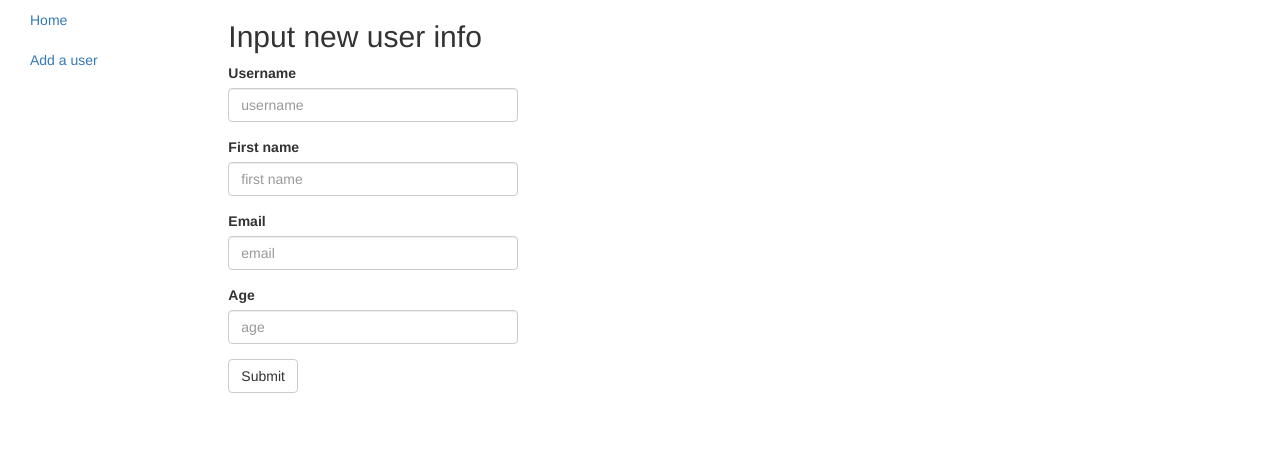
Repository: johnsuchocki/week5proj
Page: menuDB/src/main/webapp/add.html
The author's editor kept a copy of each file at every save. The page is drawn from the files as they stood at one save, then again after the next save.
The browser window is 1280 px wide. The pictures show the whole page.

Above is the page before, as saved 2016-09-01 19:21:09.

After the next save:
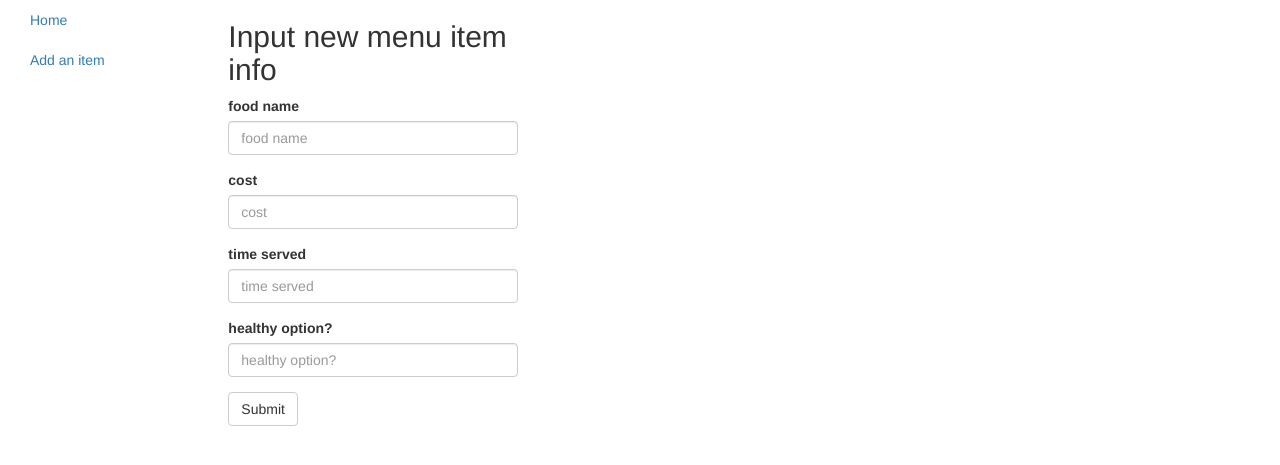
Saved 3 min 11 s later.
--- a/menuDB/src/main/webapp/add.html
+++ b/menuDB/src/main/webapp/add.html
@@ -1,7 +1,7 @@
 <!DOCTYPE HTML>
 <html lang="en">
 <head>
-<title>User Database Add User Page</title>
+<title>Menu database add</title>
 
 <!-- imports -->
 <link rel="stylesheet"
@@ -24,31 +24,31 @@
 			<div class="col-sm-3 col-md-2 sidebar">
 				<ul class="nav nav-sidebar">
 					<li><a href="index.jsp">Home</a></li>
-					<li class="active"><a href="add.html">Add a user</a></li>
+					<li class="active"><a href="add.html">Add an item</a></li>
 				</ul>
 			</div>
 
 			<!-- main content -->
 			<div class="col-sm-3">
-				<h2>Input new user info</h2>
-				<form class="form-group" action="AddUserServlet" method="post">
+				<h2>Input new menu item info</h2>
+				<form class="form-group" action="" method="post">
 					<div class="form-group">
-						<label for="username">Username</label> <input type="text"
-							class="form-control" name="username" id="username"
-							placeholder="username">
+						<label for="foodname">food name</label> <input type="text"
+							class="form-control" name="foodname" id="foodname"
+							placeholder="food name">
 					</div>
 					<div class="form-group">
-						<label for="firstname">First name</label> <input type="text"
-							class="form-control" name="firstname" id="firstname"
-							placeholder="first name">
+						<label for="cost">cost</label> <input type="text"
+							class="form-control" name="cost" id="cost"
+							placeholder="cost">
 					</div>
 					<div class="form-group">
-						<label for="email">Email</label> <input type="email"
-							class="form-control" name="email" id="email" placeholder="email">
+						<label for="timeserved">time served</label> <input type="time served"
+							class="form-control" name="timeserved" id="timeserved" placeholder="time served">
 					</div>
 					<div class="form-group">
-						<label for="age">Age</label> <input type="number"
-							class="form-control" name="age" id="age" placeholder="age">
+						<label for="healthyoption">healthy option?</label> <input type="text"
+							class="form-control" name="healthyoption" id="healthyoption" placeholder="healthy option?">
 					</div>
 					<button class="btn btn-default" name="submit" type="submit"
 						id="submit">Submit</button>
